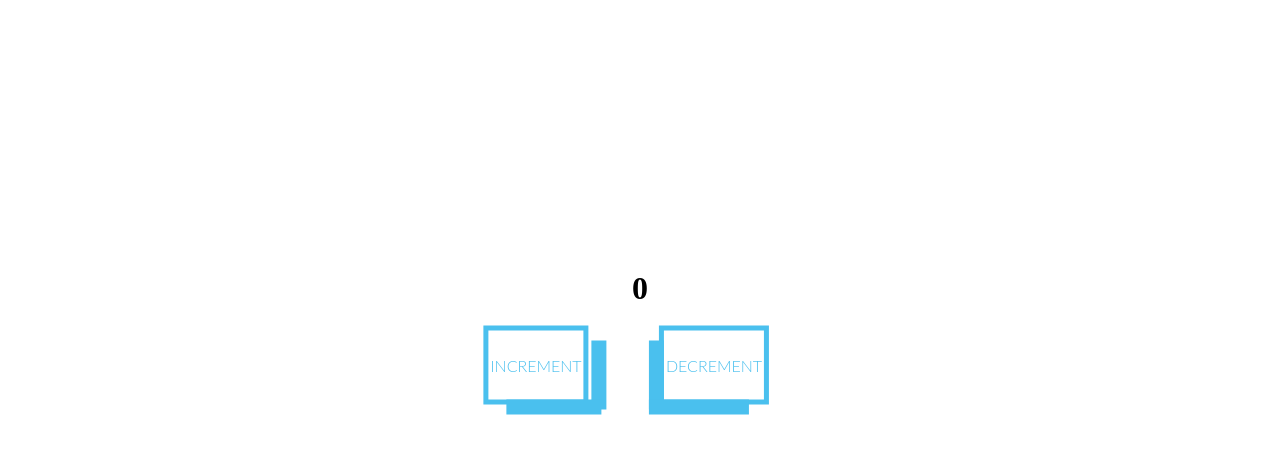
Repository: Ellisvelandia/react_introduction_test
Page: /
An editor plug-in stored every save of this project. The page is shown before and after the next save, followed by the edit.
The browser window is 1280 px wide. The pictures show the whole page.
The project was rebuilt for these pictures with package versions that can differ from the ones it lists, and the page was loaded fresh each time. Also part of the build but not shown: src/index.css.

Above is the page before, as saved 2022-08-15 20:18:26.

After the next save:
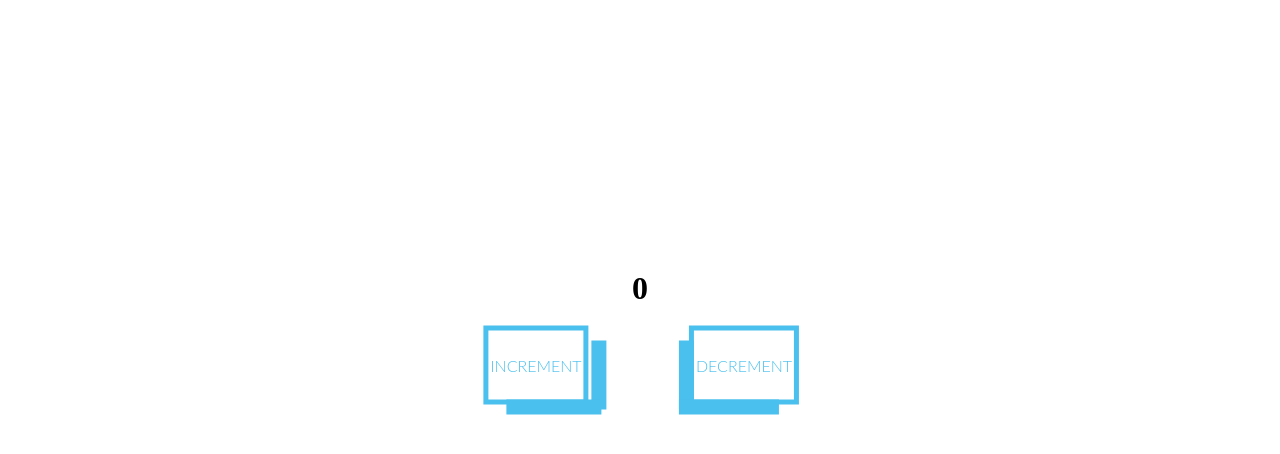
Saved 6 s later.
--- a/src/App.scss
+++ b/src/App.scss
@@ -111,7 +111,7 @@ button {
   left: 55%;
   top: 50%;
   transform: translateX(-50%) translateY(-50%);
-  margin-left: 10px;
+  margin-left: 40px;
   background: #fff;
   max-width: 120px;
   padding: 25px 2px;
